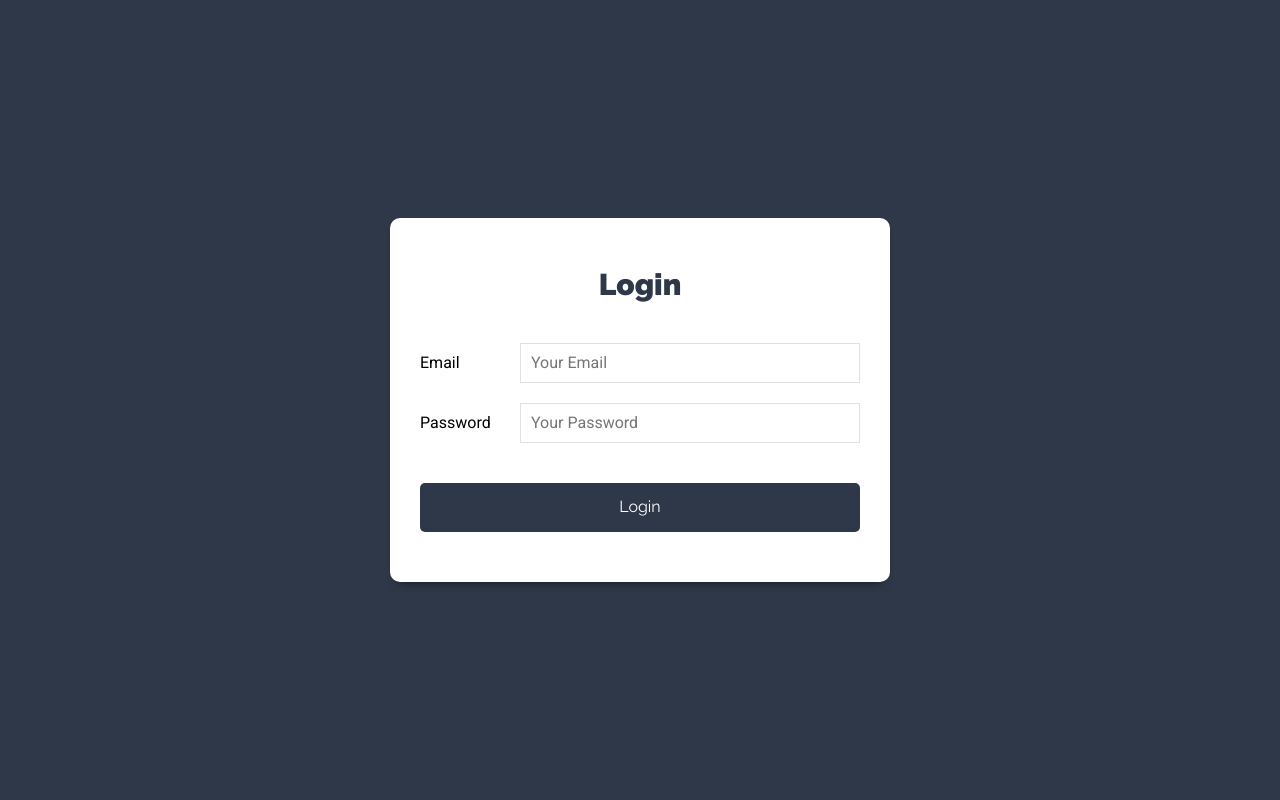
Repository: ppfeliuu/MERN-Task-Client
Page: /
These files come from the project's save history. The page is drawn as it stood at one moment and after the next save; the edit follows.
The browser window is 1280 px wide. The pictures show the whole page.
The project was rebuilt for these pictures with package versions that can differ from the ones it lists, and the page was loaded fresh each time. Also part of the build but not shown: src/components/auth/NewAccount.js, src/components/projects/Projects.js.

Above is the page before, as saved 2020-02-13 19:24:14.

After the next save:
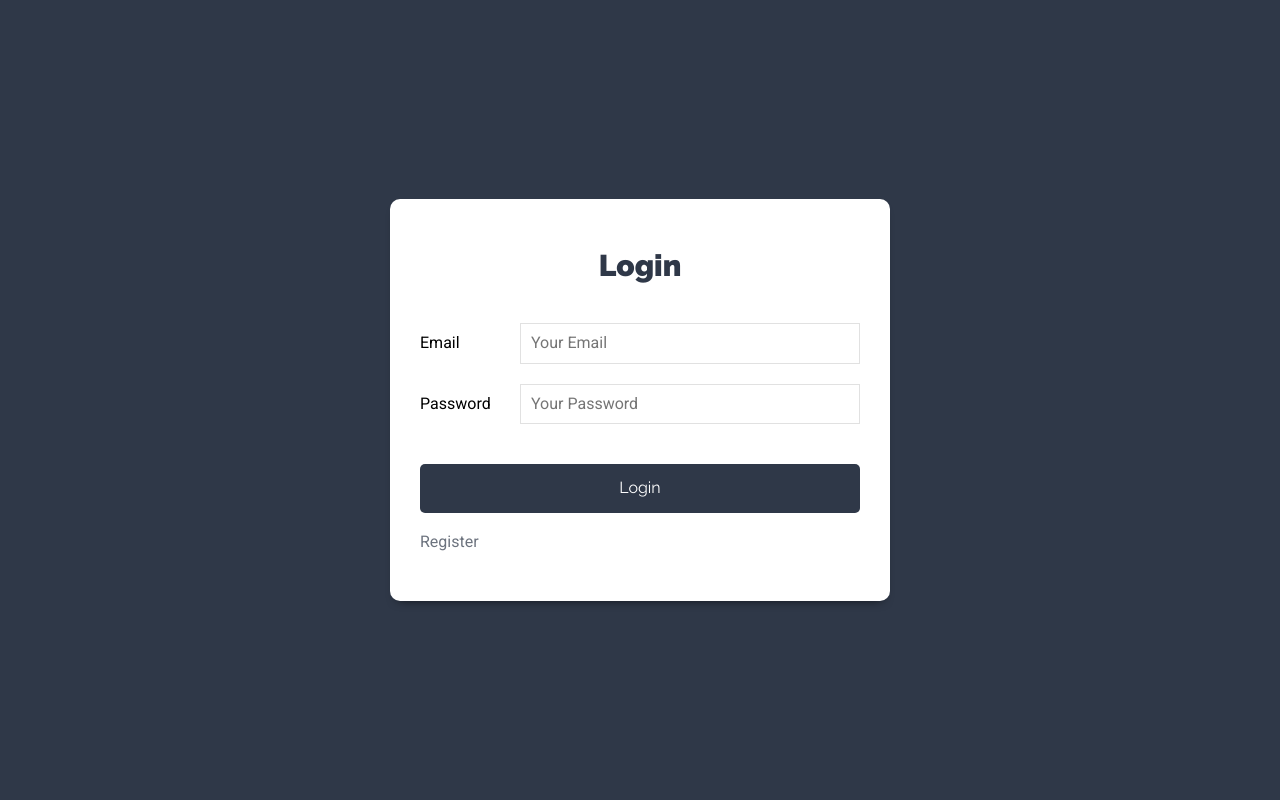
Saved 61 s later.
--- a/src/components/auth/Login.js
+++ b/src/components/auth/Login.js
@@ -1,4 +1,5 @@
 import React, { useState } from "react";
+import { Link } from 'react-router-dom';
 
 const Login = () => {
   //State login
@@ -63,6 +64,7 @@ const Login = () => {
             />
           </div>
         </form>
+        <Link to={'/new-account'} className="enlace-cuenta">Register</Link>
       </div>
     </div>
   );
